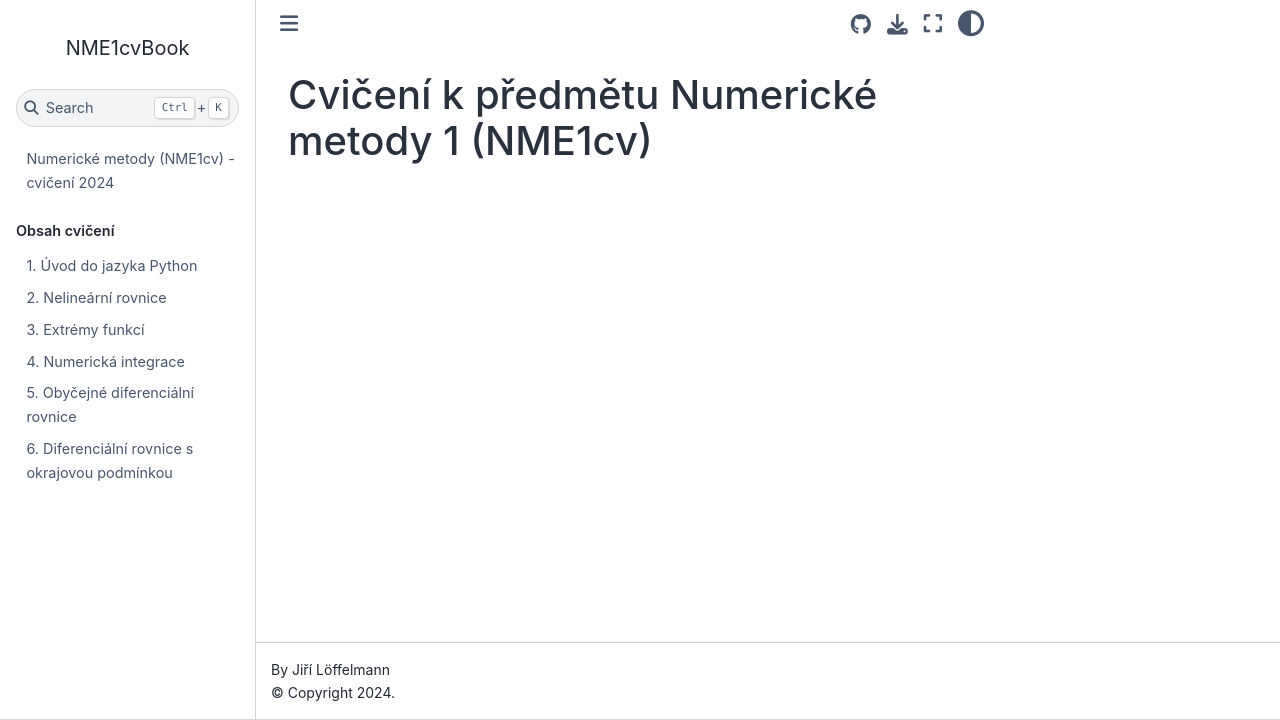
Repository: loepa01/NME1cvBook
Page: README.html
An editor plug-in stored every save of this project. The page is shown before and after the next save, followed by the edit.
The browser window is 1280 px wide. The pictures show the whole page.

Above is the page before, as saved 2024-04-08 15:45:34.
Console error: SyntaxError: Identifier 'THEBE_JS_URL' has already been declared

After the next save:
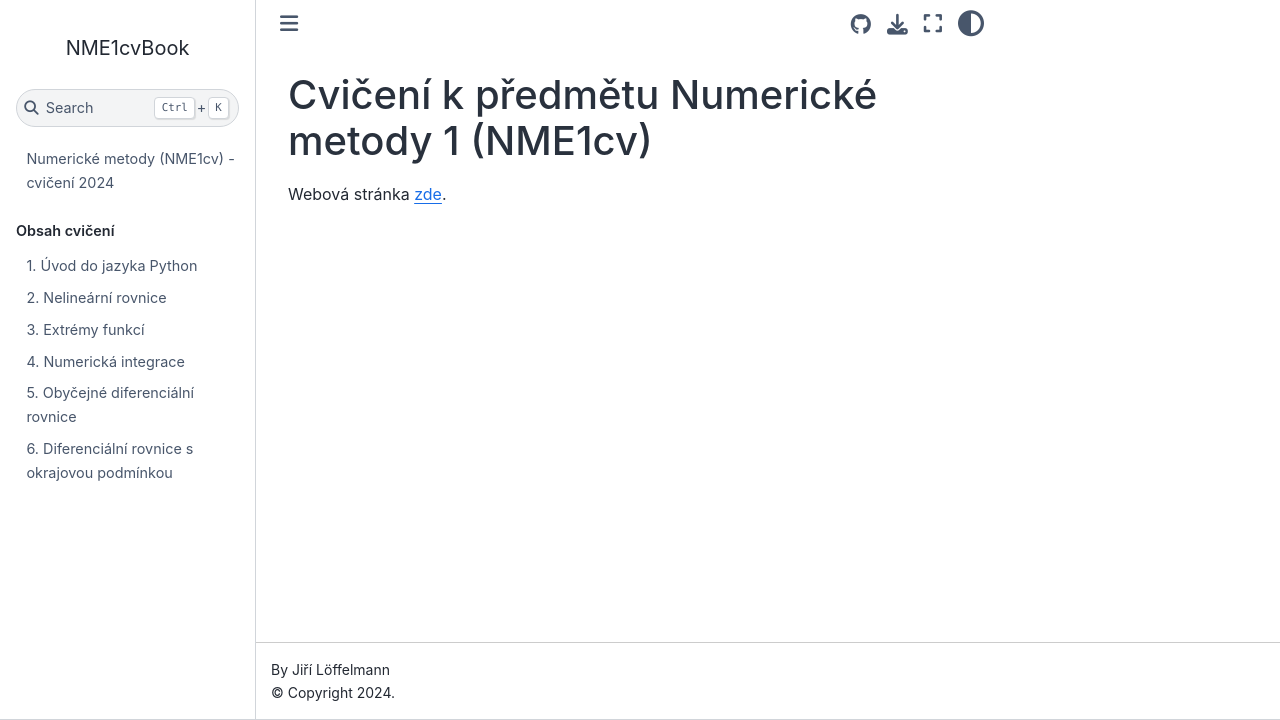
Saved 10 min 22 s later.
--- a/README.html
+++ b/README.html
@@ -57,7 +57,7 @@
     <script async="async" src="../_static/sphinx-thebe.js?v=c100c467"></script>
     <script>var togglebuttonSelector = '.toggle, .admonition.dropdown';</script>
     <script>const THEBE_JS_URL = "https://unpkg.com/thebe@0.8.2/lib/index.js"; const thebe_selector = ".thebe,.cell"; const thebe_selector_input = "pre"; const thebe_selector_output = ".output, .cell_output"</script>
-    <script>DOCUMENTATION_OPTIONS.pagename = '.history/README_20240408154534';</script>
+    <script>DOCUMENTATION_OPTIONS.pagename = '.history/README_20240408155556';</script>
     <link rel="icon" href="../_static/cphys.png"/>
     <link rel="index" title="Index" href="../genindex.html" />
     <link rel="search" title="Search" href="../search.html" />
@@ -250,7 +250,7 @@
 
 
 
-      <li><a href="https://github.com/loepa01/NME1cvBook/issues/new?title=Issue%20on%20page%20%2F.history/README_20240408154534.html&body=Your%20issue%20content%20here." target="_blank"
+      <li><a href="https://github.com/loepa01/NME1cvBook/issues/new?title=Issue%20on%20page%20%2F.history/README_20240408155556.html&body=Your%20issue%20content%20here." target="_blank"
    class="btn btn-sm btn-source-issues-button dropdown-item"
    title="Open an issue"
    data-bs-placement="left" data-bs-toggle="tooltip"
@@ -280,7 +280,7 @@
 
 
 
-      <li><a href="../_sources/.history/README_20240408154534.md" target="_blank"
+      <li><a href="../_sources/.history/README_20240408155556.md" target="_blank"
    class="btn btn-sm btn-download-source-button dropdown-item"
    title="Download source file"
    data-bs-placement="left" data-bs-toggle="tooltip"
@@ -378,6 +378,7 @@ document.write(`
 
   <section class="tex2jax_ignore mathjax_ignore" id="cviceni-k-predmetu-numericke-metody-1-nme1cv">
 <h1>Cvičení k předmětu Numerické metody 1 (NME1cv)<a class="headerlink" href="#cviceni-k-predmetu-numericke-metody-1-nme1cv" title="Link to this heading">#</a></h1>
+<p>Webová stránka <a class="reference external" href="https://loepa01.github.io/NME1cvBook/markdown.html">zde</a>.</p>
 </section>
 
     <script type="text/x-thebe-config">
